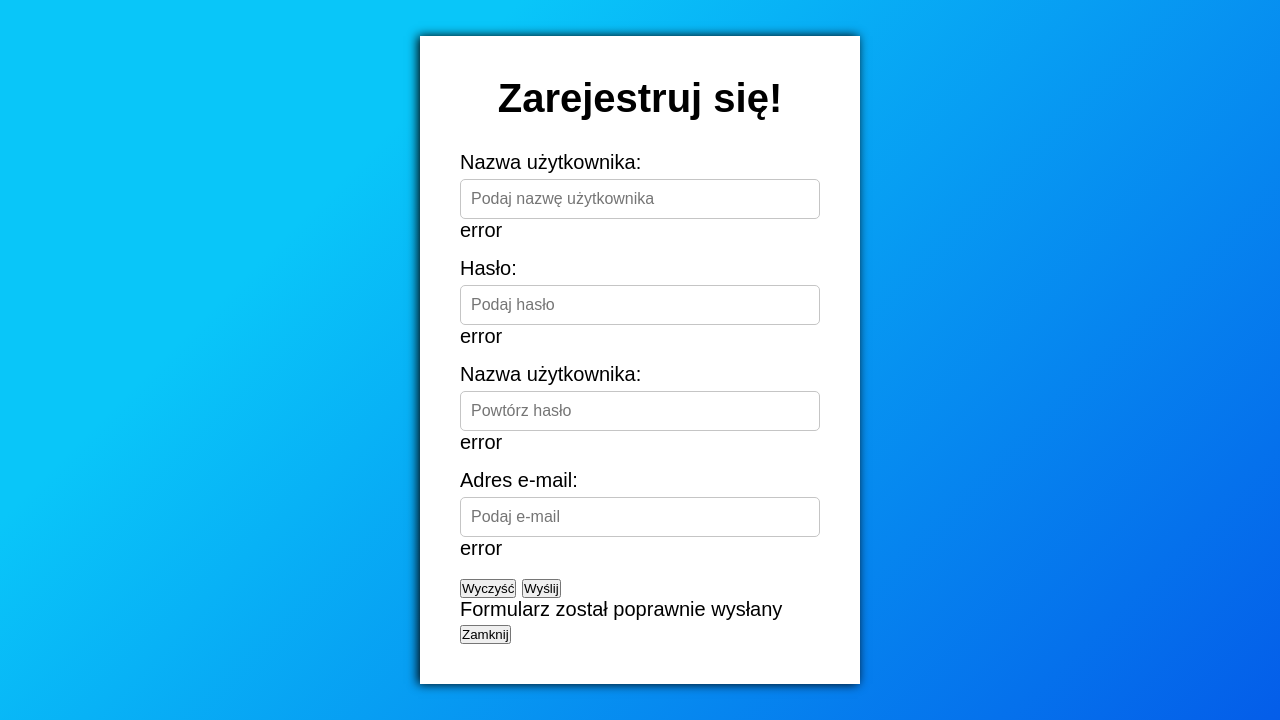
Repository: KrzysKolo/Projekt-3_Formularz-rejestracyjny
Page: index.html
An editor plug-in stored every save of this project. The page is shown before and after the next save, followed by the edit.
The browser window is 1280 px wide. The pictures show the whole page.
Some web fonts or font styles are not loaded; a fallback is used.

Above is the page before, as saved 2020-07-04 02:10:42.

### index.html
<!DOCTYPE html>
<html lang="en">
  <head>
    <meta charset="UTF-8" />
    <meta name="viewport" content="width=device-width, initial-scale=1.0" />
    <title>Projekt 3 - Logowanie</title>
    <link
      href="https://fonts.googleapis.com/css2?family=Aldrich&family=Overpass+Mono:wght@300&display=swap"
      rel="stylesheet"
    />
    <link rel="stylesheet" href="./css/style.css" />
  </head>
  <body>
    <main class="wrapper">
      <form class="form">
        <h1>Zarejestruj się!</h1>
        <div class="form-box">
          <label for="username">Nazwa użytkownika: </label>
          <input
            type="text"
            id="username"
            placeholder="Podaj nazwę użytkownika"
          />
          <p class="error-text">error</p>
        </div>

        <div class="form-box">
          <label for="password">Hasło: </label>
          <input type="password" id="password" placeholder="Podaj hasło" />
          <p class="error-text">error</p>
        </div>

        <div class="form-box">
          <label for="password2">Nazwa użytkownika: </label>
          <input type="password" id="password2" placeholder="Powtórz hasło" />
          <p class="error-text">error</p>
        </div>

        <div class="form-box">
          <label for="email">Adres e-mail: </label>
          <input type="email" id="email" placeholder="Podaj e-mail" />
          <p class="error-text">error</p>
        </div>

        <div class="control-button">
          <button class="clear">Wyczyść</button>
          <button class="send">Wyślij</button>
        </div>

        <div class="popup">
          <p>Formularz został poprawnie wysłany</p>
          <button class="close">Zamknij</button>
        </div>
      </form>
    </main>
  </body>
</html>

### css/style.css
* {
  box-sizing: border-box;
  margin: 0;
  padding: 0;
}
body {
  display: flex;
  justify-content: center;
  align-items: center;
  min-height: 100vh;
  font-family: "Aldrich", sans-serif;
  background-image: linear-gradient(315deg, #045de9 0%, #09c6f9 74%);
}
.wrapper {
  width: 440px;
  background-color: #fff;
  box-shadow: -2px 0 10px #000;
}
.form {
  padding: 40px;
  font-size: 20px;
}
h1 {
  margin-bottom: 30px;
  text-align: center;
}
.form-box {
  margin-bottom: 15px;
}
.form-box label {
  display: inline-block;
  margin-bottom: 5px;
}
.form-box input {
  width: 100%;
  padding: 10px;
  font-size: 16px;
  border: 1px solid rgb(197, 197, 197);
  border-radius: 5px;
}
.form-box.error input {
  border: 1px solid rgb(0, 117, 250);
  background-color: 1px solid rgba(0, 117, 250, 0.1);
}

After the next save:
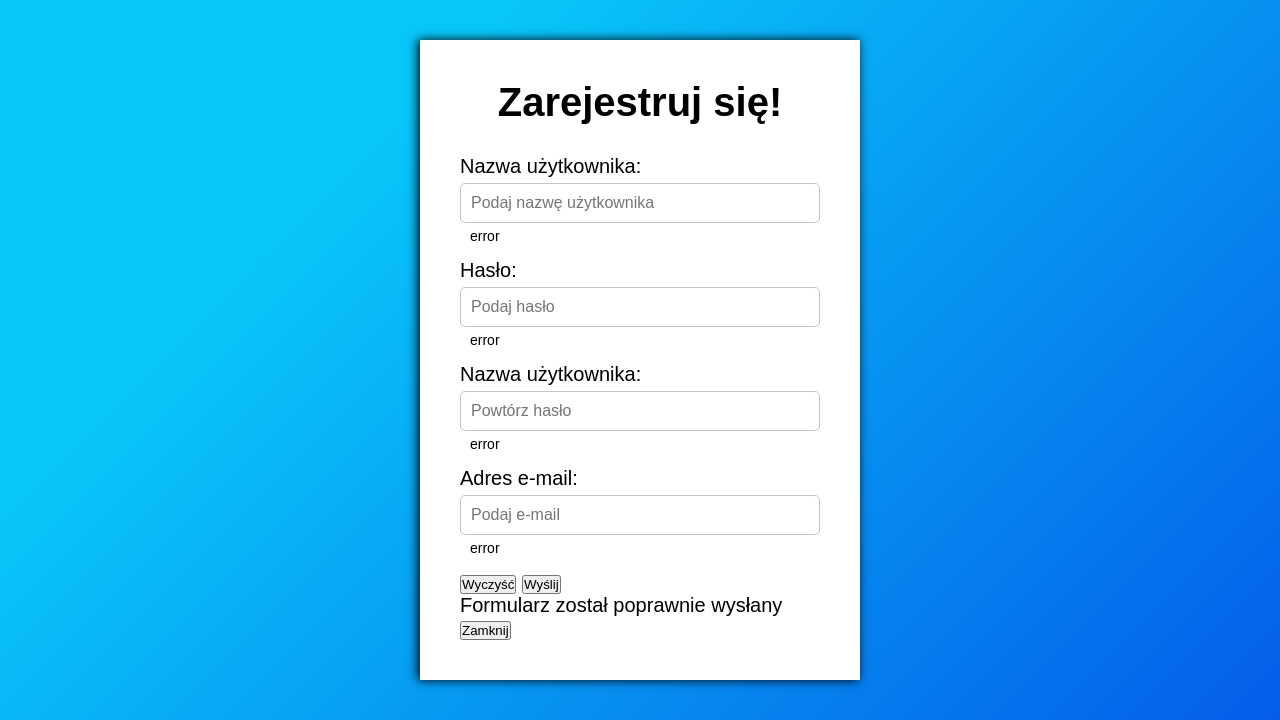
Saved 113 s later.
--- a/css/style.css
+++ b/css/style.css
@@ -42,3 +42,8 @@ h1 {
   border: 1px solid rgb(0, 117, 250);
   background-color: 1px solid rgba(0, 117, 250, 0.1);
 }
+.form-box .error-text {
+  margin: 5px 0 0 10px;
+  font-size: 14px;
+  color: 1px solid rgb(0, 117, 250);
+}
